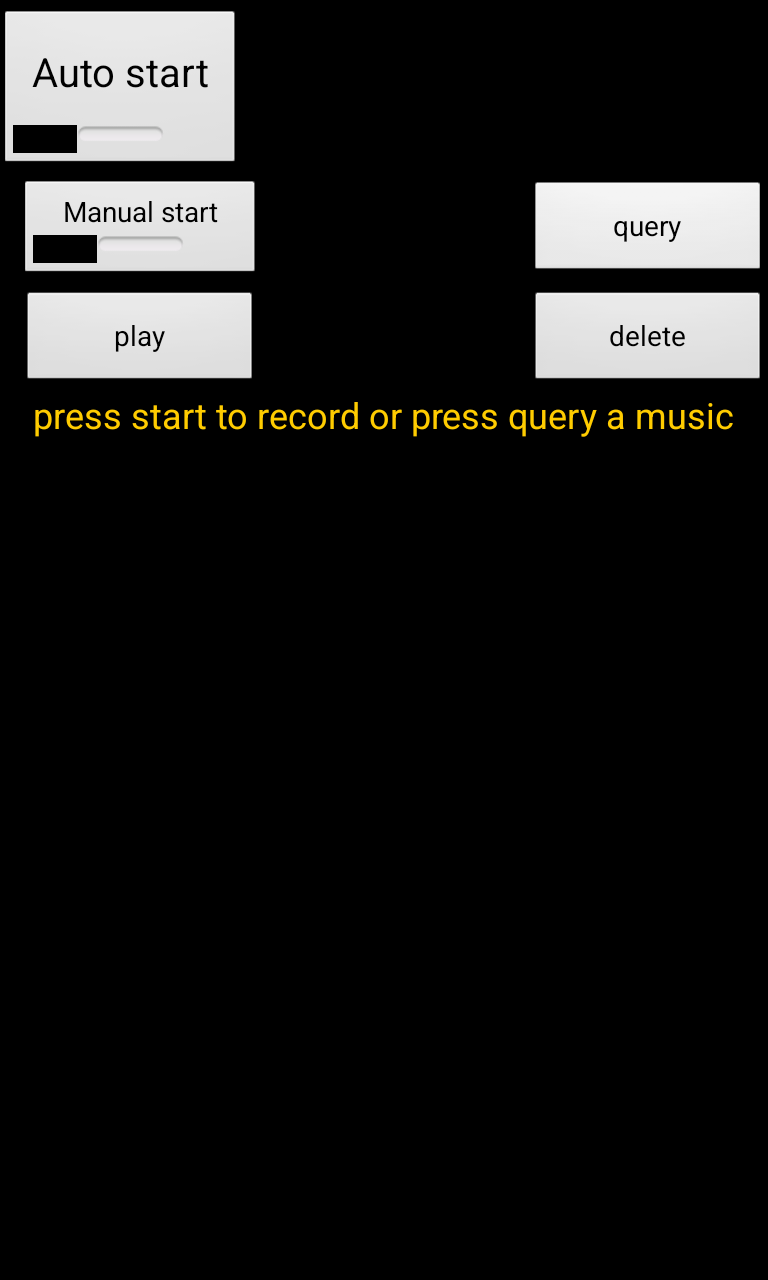
Repository: FreyrChen/tucan_Linux_practice
Layout: 4_Android_program/MusicIdentify/res/layout/activity_main.xml
These files come from the project's save history. The layout is drawn as it stood at one moment and after the next save; the edit follows.
It is drawn on a 768 x 1280 px phone screen (xhdpi) without system bars, with theme AppTheme; the app's code is not run. Lists and similar views that code fills are empty.

Above is the layout before, as saved 2013-06-13 07:06:08.

### 4_Android_program/MusicIdentify/res/layout/activity_main.xml
<RelativeLayout xmlns:android="http://schemas.android.com/apk/res/android"
    xmlns:tools="http://schemas.android.com/tools"
    android:layout_width="match_parent"
    android:layout_height="match_parent"
    android:background="#000000"
    tools:context=".MainActivity" >

    <ProgressBar
    	android:id="@+id/auto_progress"
		style="?android:attr/progressBarStyleHorizontal"
    	android:layout_width="fill_parent"
	 	android:layout_height="wrap_content"
	 	android:visibility="gone"
    />

    <ToggleButton
		android:id="@+id/auto_record_button"
		android:textOn="@string/stop"
		android:textOff="@string/auto_start"
		android:textSize="20sp"
	 	android:layout_width="120dp"
	 	android:layout_height="80dp"
	    android:layout_marginTop="5dp"
	    android:layout_alignParentLeft="true"
	    android:layout_below="@+id/auto_progress"
 	/>
    <Button
	 	android:id="@+id/test_button"
	 	android:layout_width="120dp"
	 	android:layout_height="50dp"
	 	android:text="@string/query"
	    android:layout_marginTop="5dp"
	    android:layout_marginLeft="10dp"
	    android:layout_alignParentRight="true"
	     android:layout_below="@+id/auto_record_button"
 	/>

     <ToggleButton
		android:id="@+id/manual_record_button"
		android:textOn="@string/stop"
		android:textOff="@string/manual_start"
	 	android:layout_width="120dp"
	 	android:layout_height="50dp"
	    android:layout_alignParentLeft="true"
	    android:layout_marginTop="5dp"
	    android:layout_marginLeft="10dp"
	    android:layout_below="@+id/auto_record_button"
 	/>

    <Button
	 	android:id="@+id/query_button"
	 	android:layout_width="120dp"
	 	android:layout_height="50dp"
	 	android:text="@string/query"
	    android:layout_marginTop="5dp"
	    android:layout_marginLeft="10dp"
	    android:layout_alignParentRight="true"
	     android:layout_below="@+id/auto_record_button"
 	/>

    <Button
	 	android:id="@+id/play_button"
		android:text="@string/play"
	 	android:layout_width="120dp"
	 	android:layout_height="50dp"
	    android:layout_alignParentLeft="true"
	    android:layout_marginTop="5dp"
	    android:layout_marginLeft="10dp"
	    android:layout_below="@+id/manual_record_button"
 	/>


    <Button
	 	android:id="@+id/delete_button"
	 	android:layout_width="120dp"
	 	android:layout_height="50dp"
	 	android:text="@string/delete"
	    android:layout_marginTop="5dp"
	    android:layout_marginLeft="10dp"
	    android:layout_alignParentRight="true"
	    android:layout_below="@+id/query_button"
 	/>

    <TextView
        android:id="@+id/info_text"
        android:layout_width="wrap_content"
        android:layout_height="wrap_content"
        android:layout_centerHorizontal="true"
        android:textSize="18sp"
        android:text="@string/init_text"
        android:background="#00FF0000"
	    android:textColor="#FFCC00"
	    android:layout_below="@+id/delete_button"
    />

	<ListView
        android:id="@+id/music_List"
        android:layout_width="wrap_content"
        android:layout_height="wrap_content"
        android:layout_centerHorizontal="true"
        android:background="#00FF0000"
	    android:textColor="#FF0000"
	    android:layout_below="@+id/info_text"
    />



</RelativeLayout>

### 4_Android_program/MusicIdentify/res/values/strings.xml
<?xml version="1.0" encoding="utf-8"?>
<resources>

    <string name="app_name">MusicIdentify</string>
    <string name="init_text">press start to record or press query a music</string>
    <string name="menu_settings">Settings</string>
    <string name="start">start</string>
    <string name="stop">stop</string>
    <string name="play">play</string>
    <string name="query">query</string>
    <string name="delete">delete</string>
    <string name="manual_start">Manual start</string>
    <string name="auto_start">Auto start</string>


</resources>

Loaded but not shown: 4_Android_program/MusicIdentify/res/values/styles.xml (common file)

After the next save:
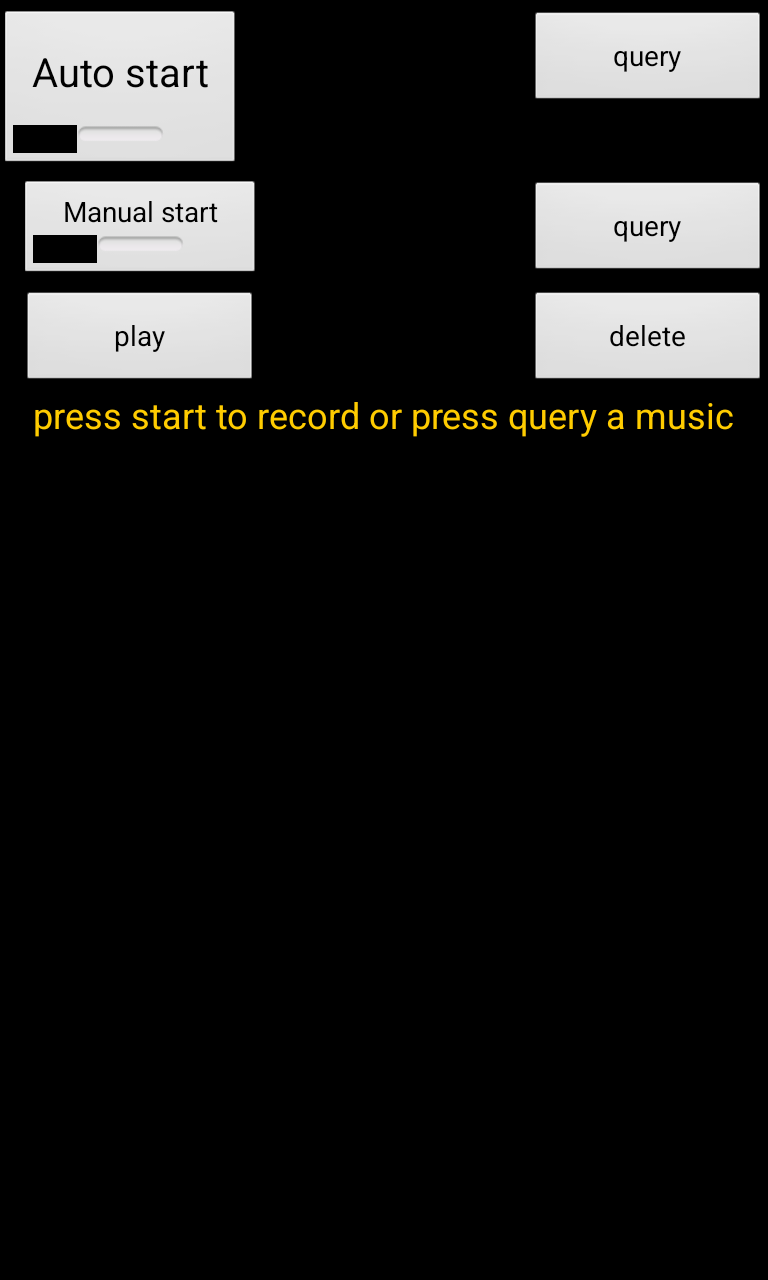
Saved 9 s later.
--- a/4_Android_program/MusicIdentify/res/layout/activity_main.xml
+++ b/4_Android_program/MusicIdentify/res/layout/activity_main.xml
@@ -32,7 +32,7 @@
 	    android:layout_marginTop="5dp"
 	    android:layout_marginLeft="10dp"
 	    android:layout_alignParentRight="true"
-	     android:layout_below="@+id/auto_record_button"
+	     android:layout_below="@+id/auto_progress"
  	/>
 
      <ToggleButton
